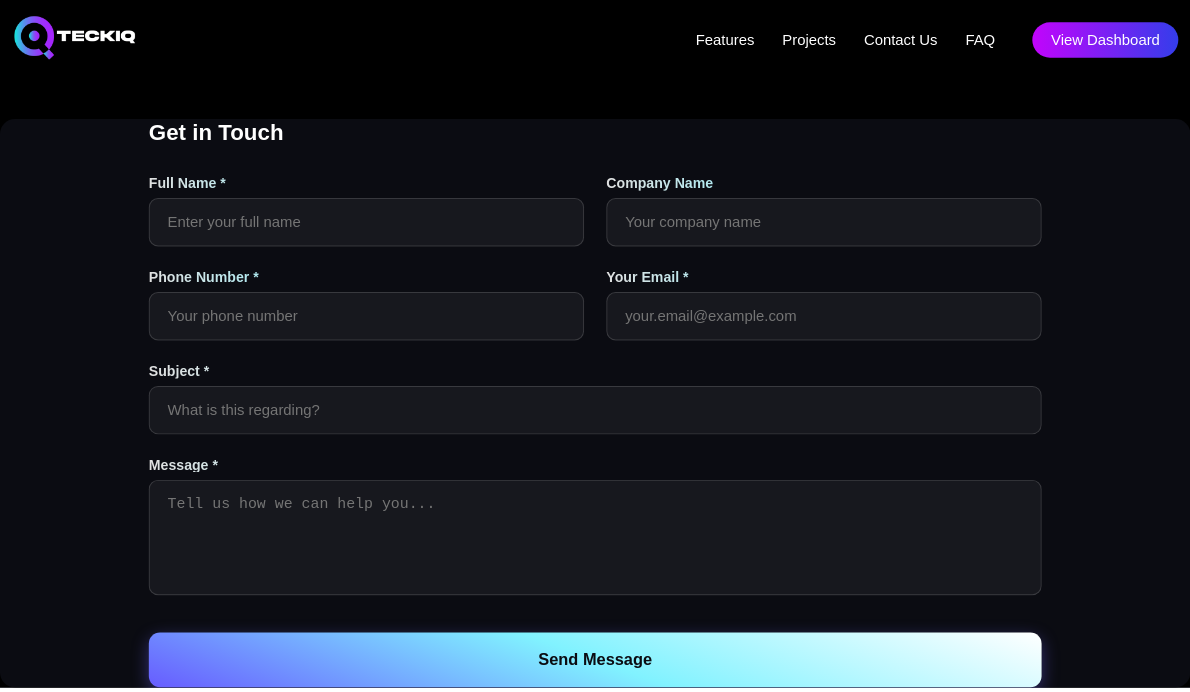
Repository: Uge-dev/Tekagon
Page: frontend/pages/contact.html
These files come from the project's save history. The page is drawn as it stood at one moment and after the next save; the edit follows.
The browser window is 1280 px wide. The pictures show the whole page, at 93% of full size.

Above is the page before, as saved 2026-05-05 15:55:15.

### frontend/pages/contact.html
<!DOCTYPE html>
<html lang="en">

<head>
    <meta charset="UTF-8">
    <meta name="viewport" content="width=device-width, initial-scale=1.0">
    <title>Admin Dashboard - Tekagon</title>
    <link rel="stylesheet" href="../styles/contact.css">
    <link rel="stylesheet" href="../styles/style.css">
    <link rel="stylesheet" href="https://cdnjs.cloudflare.com/ajax/libs/font-awesome/6.4.0/css/all.min.css">


    <style>
        body {
    font-family: "Poppins", sans-serif;
    background: linear-gradient(30deg, #000000, #000000);

    /* Reduced to move content up */
}
    </style>
</head>

<body>
  <header class="main-header">
  <div class="header-container">
    <div class="logo">
      <a href="#"><img src="../Images/TeckIQ white text.png" alt="TeckIQ Logo"></a>
    </div>

    <nav class="nav-wrapper" id="menu-item" >
      <div class="nav-links">
        <a href="#feature">Features</a>
        <a href="#project">Projects</a>
        <a href="#contact">Contact Us</a>
        <a href="#FAQ">FAQ</a>
      </div>
      <a href="./pages/Dasnboard.html" class="dashboard-btn">View Dashboard</a>
    </nav>

    <button class="hamburger-toggle" id="mobile-toggle" aria-label="Toggle Navigation">
      <span class="bar"></span>
      <span class="bar"></span>
      <span class="bar"></span>
    </button>
  </div>
</header>



   <section class="contact-section". style="margin-top: 8rem; padding: 0rem 10rem;">
        <h2 class="header-title">Get in Touch</h2>
        <form class="contact-form" id="contactForm" action="https://formsubmit.co/tekagon.digital@gmail.com"
            method="POST">
            <!-- FormSubmit Configuration -->
            <input type="text" name="_honey" style="display:none">
            <input type="hidden" name="_captcha" value="false">
            <input type="hidden" name="_template" value="table">
            <input type="hidden" name="_subject" value="New Contact Form Submission from Website">

            <!-- Optional: Redirect after success -->
            <!-- <input type="hidden" name="_next" value="https://yourwebsite.com/thank-you.html"> -->

            <!-- Optional: CC other emails -->
            <!-- <input type="hidden" name="_cc" value="other@email.com"> -->

            <div class="contact-row">
                <div class="contact-group">
                    <label>Full Name <span>*</span></label>
                    <input type="text" id="fullName" name="name" placeholder="Enter your full name" required />
                    <div class="error-text" id="nameError">Please enter your full name</div>
                </div>
                <div class="contact-group">
                    <label>Company Name</label>
                    <input type="text" id="companyName" name="company" placeholder="Your company name" />
                </div>
            </div>

            <div class="contact-row">
                <div class="contact-group">
                    <label>Phone Number <span>*</span></label>
                    <input type="tel" id="phoneNumber" name="phone" placeholder="Your phone number" required />
                    <div class="error-text" id="phoneError">Please enter a valid phone number</div>
                </div>
                <div class="contact-group">
                    <label>Your Email <span>*</span></label>
                    <input type="email" id="email" name="email" placeholder="your.email@example.com" required />
                    <div class="error-text" id="emailError">Please enter a valid email address</div>
                </div>
            </div>

            <div class="contact-group">
                <label>Subject <span>*</span></label>
                <input type="text" id="subject" name="subject" placeholder="What is this regarding?" required />
                <div class="error-text" id="subjectError">Please enter a subject</div>
            </div>

            <div class="contact-group">
                <label>Message <span>*</span></label>
                <textarea id="message" name="message" rows="5" placeholder="Tell us how we can help you..."
                    required></textarea>
                <div class="error-text" id="messageError">Please enter your message</div>
            </div>

            <div class="error-message" id="formError">
                <!-- Error message will appear here -->
            </div>

            <button type="submit" id="submitBtn" class="contact-submit">
                <div class="submit-loader"></div>
                <span class="submit-text">
                    <i data-feather="send"></i> Send Message
                </span>
            </button>
        </form>
    </section>

    <!-- Sending Overlay -->
    <div class="sending-overlay" id="sendingOverlay">
        <div class="sending-animation">
            <div class="spinner"></div>
            <h3>Sending Your Message</h3>
            <p>Please wait while we send your message. This will only take a moment.</p>
        </div>
    </div>

    <!-- Success Popup -->
    <div class="success-popup" id="successPopup">
        <div class="success-content">
            <div class="success-icon">
                <i data-feather="check"></i>
            </div>
            <h2>Message Sent Successfully!</h2>
            <p>Thank you for contacting us. We've received your message and will get back to you within 24 hours.</p>
            <button class="close-btn" id="closeSuccess">Got It</button>
        </div>
    </div>
</body>

</html>

### frontend/styles/contact.css
 .contact-section {
   background: #0b0c12;
   padding: 1rem;
   color: #fff;
   padding: 0px 3rem;
   display: flex;
   flex-direction: column;
   gap: 2rem;
   border-radius: 16px;
   box-shadow: 0 0 30px rgba(0, 0, 0, 0.4);
   width: 100%;


   justify-content: center;

 }

 .contact-title {
   font-size: 1.8rem;
   font-weight: 600;
   margin-bottom: 1.5rem;
   color: #b8c6ff;
   border-left: 4px solid #81f2ff;
   padding-left: 16px;
   text-transform: uppercase;
   letter-spacing: 0.05em;
   background: linear-gradient(to right, rgb(224, 224, 224), #81f2ff, #675cff);
   -webkit-background-clip: text;
   -webkit-text-fill-color: transparent;
 }

 .contact-form {
   display: flex;
   flex-direction: column;
   gap: 1.5rem;
 }

 .contact-row {
   display: grid;
   grid-template-columns: repeat(auto-fit, minmax(250px, 1fr));
   gap: 1.5rem;
 }

 .contact-group {
   display: flex;
   flex-direction: column;
   gap: 0.5rem;
 }

 .contact-group label {
   font-size: 0.95rem;
   background: linear-gradient(to right, rgb(224, 224, 224), #81f2ff, #675cff);
   -webkit-background-clip: text;
   -webkit-text-fill-color: transparent;
   font-weight: 600;
 }

 .contact-group label span {
   color: #ff7575;
 }

 .contact-group input,
 .contact-group textarea {
   background: rgba(255, 255, 255, 0.05);
   border: 1px solid rgba(255, 255, 255, 0.15);
   color: #fff;
   border-radius: 10px;
   padding: 1rem 1.2rem;
   font-size: 1rem;
   transition: all 0.3s ease;
   resize: none;
 }

 .contact-group input:focus,
 .contact-group textarea:focus {
   outline: none;
   border-color: #81f2ff;
   box-shadow: 0 0 0 2px rgba(129, 242, 255, 0.2);
 }

 .contact-group input.error,
 .contact-group textarea.error {
   border-color: #ff7575;
   box-shadow: 0 0 0 2px rgba(255, 117, 117, 0.2);
 }

 .contact-submit {
   display: flex;
   align-items: center;
   justify-content: center;
   gap: 12px;
   background: linear-gradient(200deg, rgb(255, 255, 255), #81f2ff, #675cff);
   border: none;
   border-radius: 12px;
   padding: 1.2rem 2.5rem;
   color: #0b0c12;
   font-size: 1.1rem;
   font-weight: 600;
   cursor: pointer;
   box-shadow: 0 6px 18px rgba(111, 101, 255, 0.4);
   transition: all 0.3s ease;
   margin-top: 1rem;
   position: relative;
   overflow: hidden;
 }

 .contact-submit:hover {
   transform: translateY(-3px);
   box-shadow: 0 10px 25px rgba(111, 101, 255, 0.6);
 }

 .contact-submit:active {
   transform: translateY(-1px);
 }

 .contact-submit:disabled {
   opacity: 0.7;
   cursor: not-allowed;
   transform: none;
 }

 .contact-submit i {
   width: 20px;
   height: 20px;
 }

 .submit-loader {
   display: none;
   width: 20px;
   height: 20px;
   border: 3px solid rgba(11, 12, 18, 0.3);
   border-top: 3px solid #0b0c12;
   border-radius: 50%;
   animation: spin 1s linear infinite;
 }

 .contact-submit.sending .submit-text {
   display: none;
 }

 .contact-submit.sending .submit-loader {
   display: block;
 }

 .error-text {
   color: #ff7575;
   font-size: 0.85rem;
   margin-top: 0.3rem;
   display: none;
 }

 .sending-overlay {
   position: fixed;
   top: 0;
   left: 0;
   width: 100%;
   height: 100%;
   background-color: rgba(0, 0, 0, 0.85);
   display: flex;
   justify-content: center;
   align-items: center;
   z-index: 1000;
   opacity: 0;
   visibility: hidden;
   transition: opacity 0.3s, visibility 0.3s;
 }

 .sending-overlay.active {
   opacity: 1;
   visibility: visible;
 }

 .sending-animation {
   background: rgba(20, 21, 30, 0.95);
   padding: 50px;
   border-radius: 20px;
   text-align: center;
   max-width: 450px;
   width: 90%;
   box-shadow: 0 20px 60px rgba(0, 0, 0, 0.5);
   transform: scale(0.9);
   animation: scaleIn 0.3s forwards;
   border: 1px solid rgba(129, 242, 255, 0.2);
 }

 @keyframes scaleIn {
   to {
     transform: scale(1);
   }
 }

 .spinner {
   width: 70px;
   height: 70px;
   border: 4px solid rgba(129, 242, 255, 0.1);
   border-top: 4px solid #81f2ff;
   border-radius: 50%;
   animation: spin 1s linear infinite;
   margin: 0 auto 25px;
 }

 @keyframes spin {
   0% {
     transform: rotate(0deg);
   }

   100% {
     transform: rotate(360deg);
   }
 }

 .sending-animation h3 {
   color: #81f2ff;
   margin-bottom: 15px;
   font-size: 24px;
   background: linear-gradient(to right, #81f2ff, #675cff);
   -webkit-background-clip: text;
   -webkit-text-fill-color: transparent;
 }

 .sending-animation p {
   color: #b8c6ff;
   font-size: 16px;
   opacity: 0.8;
 }

 .success-popup {
   position: fixed;
   top: 0;
   left: 0;
   width: 100%;
   height: 100%;
   background-color: rgba(0, 0, 0, 0.9);
   display: flex;
   justify-content: center;
   align-items: center;
   z-index: 1001;
   opacity: 0;
   visibility: hidden;
   transition: opacity 0.3s, visibility 0.3s;
 }

 .success-popup.active {
   opacity: 1;
   visibility: visible;
 }

 .success-content {
   background: rgba(20, 21, 30, 0.95);
   padding: 60px 50px;
   border-radius: 20px;
   text-align: center;
   max-width: 500px;
   width: 90%;
   box-shadow: 0 20px 60px rgba(0, 0, 0, 0.5);
   transform: scale(0.9);
   animation: popIn 0.5s forwards;
   border: 1px solid rgba(46, 204, 113, 0.2);
 }

 @keyframes popIn {
   0% {
     transform: scale(0.9);
     opacity: 0;
   }

   100% {
     transform: scale(1);
     opacity: 1;
   }
 }

 .success-icon {
   width: 100px;
   height: 100px;
   background: linear-gradient(135deg, #2ecc71, #27ae60);
   border-radius: 50%;
   display: flex;
   justify-content: center;
   align-items: center;
   margin: 0 auto 30px;
   animation: bounce 0.6s;
 }

 @keyframes bounce {

   0%,
   20%,
   50%,
   80%,
   100% {
     transform: translateY(0);
   }

   40% {
     transform: translateY(-15px);
   }

   60% {
     transform: translateY(-7px);
   }
 }

 .success-icon i {
   color: white;
   font-size: 50px;
 }

 .success-content h2 {
   margin-bottom: 20px;
   color: #2ecc71;
   font-size: 32px;
   font-weight: 700;
 }

 .success-content p {
   margin-bottom: 35px;
   color: #b8c6ff;
   font-size: 18px;
   line-height: 1.6;
 }

 .close-btn {
   background: linear-gradient(135deg, #2ecc71, #27ae60);
   color: white;
   border: none;
   padding: 16px 40px;
   font-size: 17px;
   border-radius: 12px;
   cursor: pointer;
   transition: all 0.3s ease;
   font-weight: 600;
 }

 .close-btn:hover {
   transform: translateY(-2px);
   box-shadow: 0 8px 20px rgba(46, 204, 113, 0.3);
 }

 .error-message {
   background: linear-gradient(135deg, rgba(255, 234, 167, 0.1), rgba(250, 177, 160, 0.1));
   color: #ff7575;
   padding: 20px;
   border-radius: 12px;
   margin-top: 25px;
   border-left: 5px solid #ff7575;
   display: none;
   font-weight: 600;
   text-align: center;
   backdrop-filter: blur(10px);
 }

 .error-message.active {
   display: block;
   animation: slideIn 0.3s ease;
 }

 @keyframes slideIn {
   from {
     opacity: 0;
     transform: translateY(-10px);
   }

   to {
     opacity: 1;
     transform: translateY(0);
   }
 }

 @media (max-width: 768px) {
   body {
     padding: 1rem;
   }

   .contact-section {
     padding: 2rem 1.5rem;
   }

   .contact-row {
     grid-template-columns: 1fr;
   }

   .contact-title {
     font-size: 1.5rem;
   }

   .sending-animation,
   .success-content {
     padding: 30px 20px;
   }
 }

 @media (max-width: 480px) {
   .contact-section {
     padding: 1.5rem 1rem;
   }

   .contact-submit {
     padding: 1rem 1.5rem;
   }
 }

Loaded but not shown: frontend/styles/style.css (1608 lines, source omitted)

After the next save:
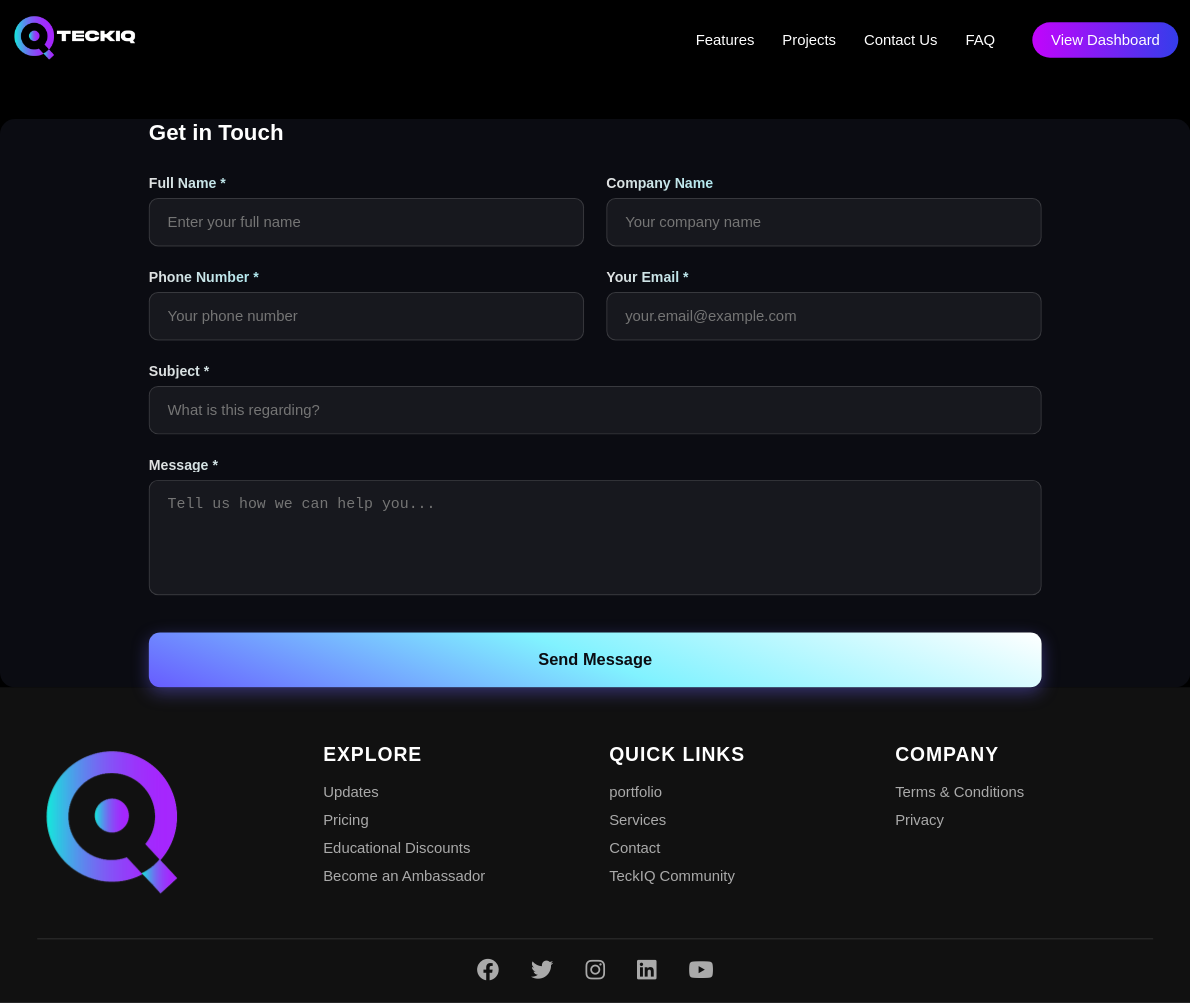
Saved 35 s later.
--- a/frontend/pages/contact.html
+++ b/frontend/pages/contact.html
@@ -134,6 +134,51 @@
             <button class="close-btn" id="closeSuccess">Got It</button>
         </div>
     </div>
+
+
+
+     <footer>
+        <div class="footer-container">
+          <div class="logo-footer"><a href="#"><img src="./Images/TeckIQ mark.png" alt=""></a></div>
+          <div class="footer-column">
+            <h3>Explore</h3>
+            <ul>
+              <li><a href="#">Updates</a></li>
+              <li><a href="#">Pricing</a></li>
+              <li><a href="#">Educational Discounts</a></li>
+              <li><a href="#">Become an Ambassador</a></li>
+            </ul>
+          </div>
+          <div class="footer-column">
+            <h3>Quick Links</h3>
+            <ul>
+              <li><a href="#">portfolio</a></li>
+              <li><a href="#">Services</a></li>
+              <li><a href="#">Contact</a></li>
+              <li><a href="#">TeckIQ Community</a></li>
+
+            </ul>
+          </div>
+          <div class="footer-column">
+            <h3>Company</h3>
+            <ul>
+              <li><a href="#">Terms & Conditions</a></li>
+              <li><a href="#">Privacy</a></li>
+            </ul>
+          </div>
+        </div>
+        <div class="footer-bottom">
+
+          <div class="social-icons">
+            <a href="#"><i class="fa-brands fa-facebook"></i></a>
+            <a href="#"><i class="fa-brands fa-twitter"></i></a>
+            <a href="#"><i class="fa-brands fa-instagram"></i></a>
+            <a href="#"><i class="fa-brands fa-linkedin"></i></a>
+            <a href="#"><i class="fa-brands fa-youtube"></i></a>
+          </div>
+
+        </div>
+      </footer>
 </body>
 
 </html>
